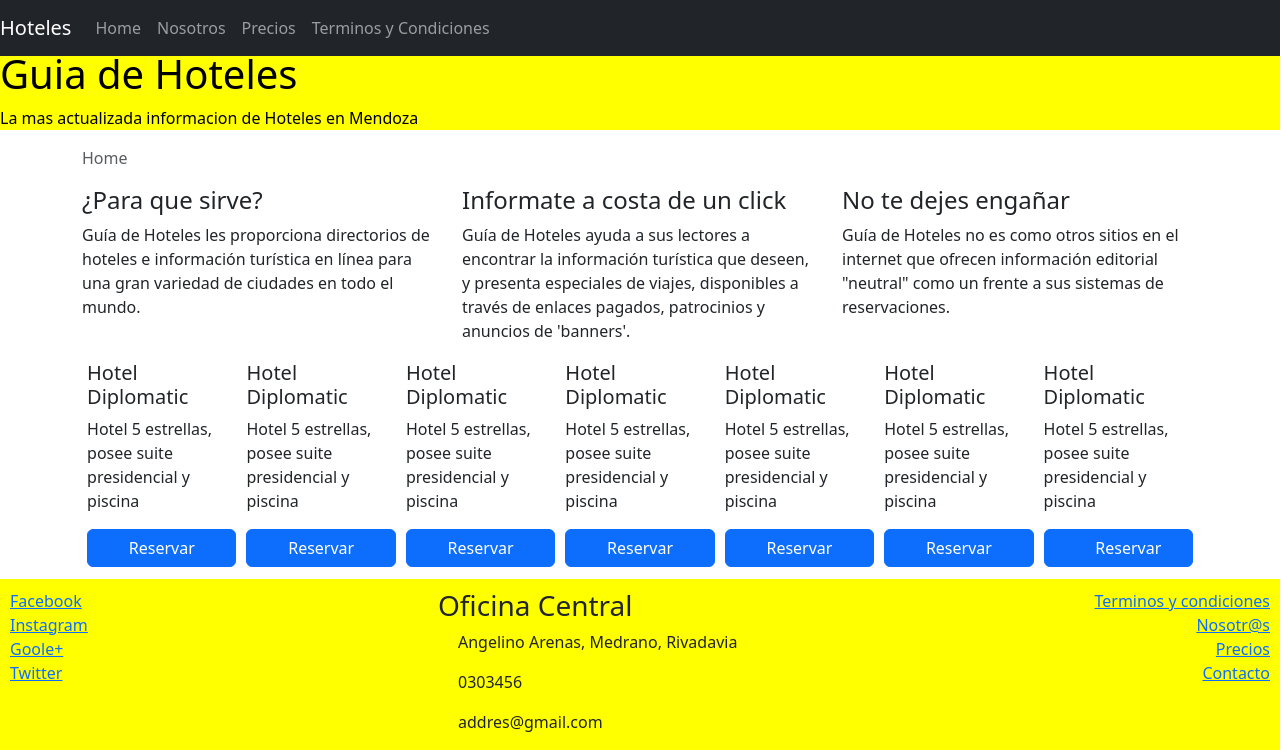
Repository: JulianMoralesSantoni/PaginaHoteles
Page: index.html
These files come from the project's save history. The page is drawn as it stood at one moment and after the next save; the edit follows.
The browser window is 1280 px wide. The page is 1282 px wide, so the pictures cover 1282 px, including what lies to the right of the window. The pictures show the whole page.
Some web fonts or font styles are not loaded; a fallback is used. Some web libraries are served in a nearby version.

Above is the page before, as saved 2021-03-27 15:35:07.

After the next save:
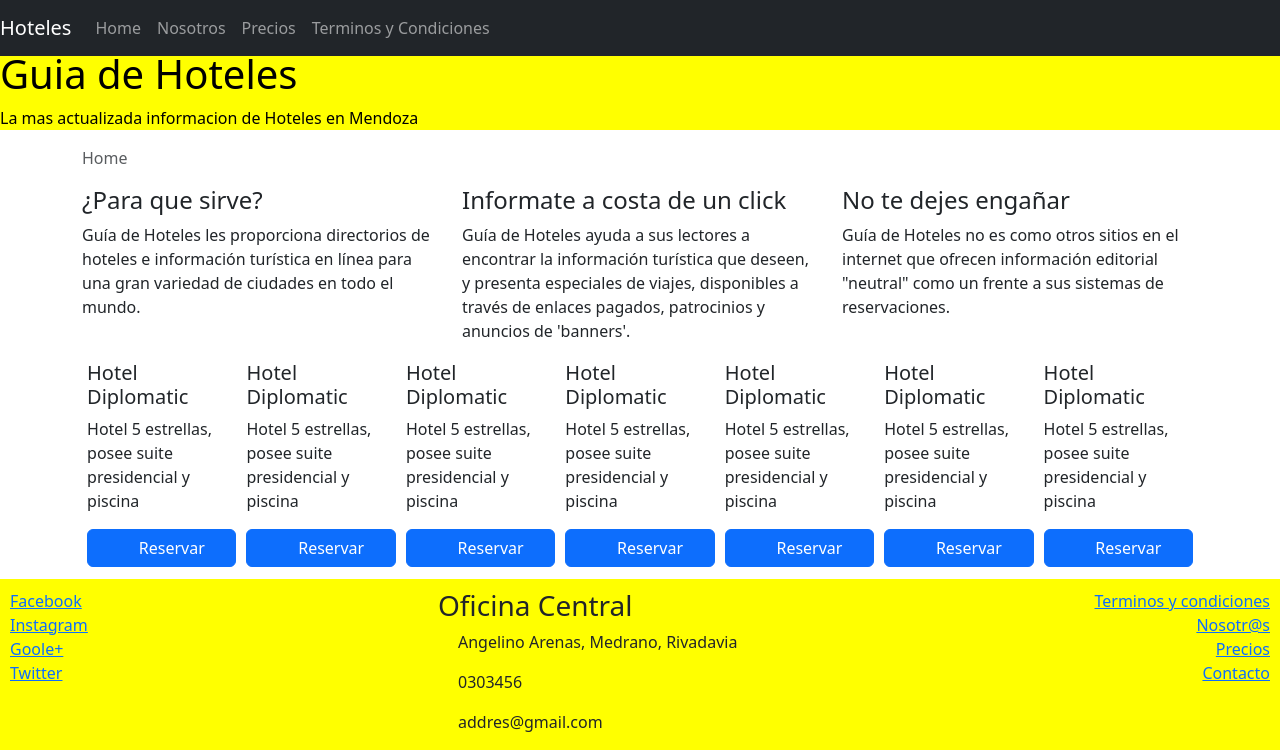
Saved 97 s later.
--- a/index.html
+++ b/index.html
@@ -79,7 +79,7 @@
     <div class="card-hotel d-flex flex-column justify-content-between">
       <div> <h5>Hotel Diplomatic</h5>
               <p>Hotel 5 estrellas, posee suite presidencial y piscina</p></div>
-              <div><button class="btn btn-primary btn-reserva">Reservar</button></div>
+              <div><button class="btn btn-primary btn-reserva"><span class="oi oi-plus footer-address-icon" ></span>Reservar</button></div>
 
 
     </div>
@@ -88,14 +88,14 @@
 
        <div><h5>Hotel Diplomatic</h5>
               <p>Hotel 5 estrellas, posee suite presidencial y piscina</p></div>
-              <div><button class="btn btn-primary btn-reserva">Reservar</button></div>
+              <div><button class="btn btn-primary btn-reserva"><span class="oi oi-plus footer-address-icon" ></span>Reservar</button></div>
 
     </div>
 
     <div class=" card-hotel d-flex flex-column justify-content-between">
        <div><h5>Hotel Diplomatic</h5>
               <p>Hotel 5 estrellas, posee suite presidencial y piscina</p></div>
-              <div><button class="btn btn-primary btn-reserva">Reservar</button></div>
+              <div><button class="btn btn-primary btn-reserva"><span class="oi oi-plus footer-address-icon" ></span>Reservar</button></div>
 
     </div>
 
@@ -103,20 +103,20 @@
            <div>
              <h5>Hotel Diplomatic</h5>
               <p>Hotel 5 estrellas, posee suite presidencial y piscina</p></div>
-              <div><button class="btn btn-primary  btn-reserva">Reservar</button></div>
+              <div><button class="btn btn-primary  btn-reserva"><span class="oi oi-plus footer-address-icon" ></span>Reservar</button></div>
             </div>
 
   <div class="card-hotel d-flex flex-column justify-content-between">
            <div>
              <h5>Hotel Diplomatic</h5>
               <p>Hotel 5 estrellas, posee suite presidencial y piscina</p></div>
-              <div><button class="btn btn-primary  btn-reserva">Reservar</button></div>
+              <div><button class="btn btn-primary  btn-reserva"><span class="oi oi-plus footer-address-icon" ></span>Reservar</button></div>
             </div>
   <div class="card-hotel d-flex flex-column justify-content-between">
            <div>
              <h5>Hotel Diplomatic</h5>
               <p>Hotel 5 estrellas, posee suite presidencial y piscina</p></div>
-              <div><button class="btn btn-primary  btn-reserva">Reservar</button></div>
+              <div><button class="btn btn-primary  btn-reserva"><span class="oi oi-plus footer-address-icon" ></span>Reservar</button></div>
             </div>
 
 
